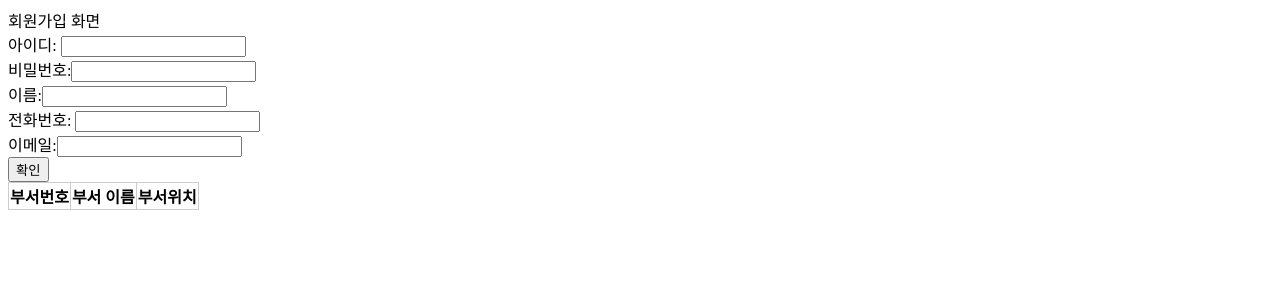
Repository: kdh2212/KDT_code
Page: http://localhost/20250801Web/memberSearch2.jsp
These files come from the project's save history. The page is drawn as it stood at one moment and after the next save; the edit follows.
The browser window is 1280 px wide. The pictures show the whole page.
The page is served by Tomcat 9. Other server files are loaded and not shown.

Above is the page before, as saved 2025-08-01 06:32:37.

### 20250801Web/src/main/webapp/memberSearch2.jsp
<%@ page language="java" contentType="text/html; charset=UTF-8"
    pageEncoding="UTF-8"%>
<%@ page import="java.sql.*, javax.sql.*" %>
<!DOCTYPE html>
<html>
<head>
<meta charset="UTF-8">
<title>Insert title here</title>
</head>
<body>
<form>
회원가입 화면<br/>
  아이디: <input type="text" name="member_id"/><br/>
비밀번호:<input type="text" name="member_pw" /><br/>
   이름:<input type="text" name="member_name" /><br/>
전화번호: <input type="text" name="member_number" /><br/>
  이메일:<input type="text" name="member_email" /><br/>
<input type="submit" value="확인"/>
</form>
<style type = "text/css">
table, th, td{
	border:1px solid #ccc;
	border-collapse:collapse;
}
th, td { padding:10px,20px;}
</style>
<%
String member_id = request.getParameter("member_id");
String member_pw = request.getParameter("member_pw");
String member_name = request.getParameter("member_name");
String member_number = request.getParameter("member_number");
String member_email = request.getParameter("member_email");
Connection conn = null;
Statement stmt = null;
ResultSet rs = null;
try {
    Class.forName("com.mysql.cj.jdbc.Driver");
    conn = DriverManager.getConnection("jdbc:mysql://localhost:3305/Member", "root", "1234");
    stmt = conn.createStatement();
    rs = stmt.executeQuery("insert into member_0801(member_id,member_pw,member_name,member_number,member_email) values('%s','%s','%s','%s','%s',)" + member_id +member_pw+member_name+member_number+member_email);

%>
<table>
<tr>
<th>부서번호</th><th>부서 이름</th><th>부서위치</th>
</tr>
<%
    while (rs.next()) {
%>
<tr>
<td><%=rs.getString("deptno") %></td>
<td><%=rs.getString("dname") %></td>
<td><%=rs.getString("loc") %></td>
</tr>
<%
    }
} catch (SQLException e) {
    out.println("데이터베이스 오류: " + e.getMessage());
} catch (ClassNotFoundException e) {
    out.println("드라이버를 찾을 수 없습니다: " + e.getMessage());
} finally {
    try {
        if (rs != null) rs.close();
        if (stmt != null) stmt.close();
        if (conn != null) conn.close();
    } catch (SQLException e) {
        out.println("리소스를 닫는 도중 오류 발생: " + e.getMessage());
    }
}

%>
</table>
</body>
</html>

After the next save:
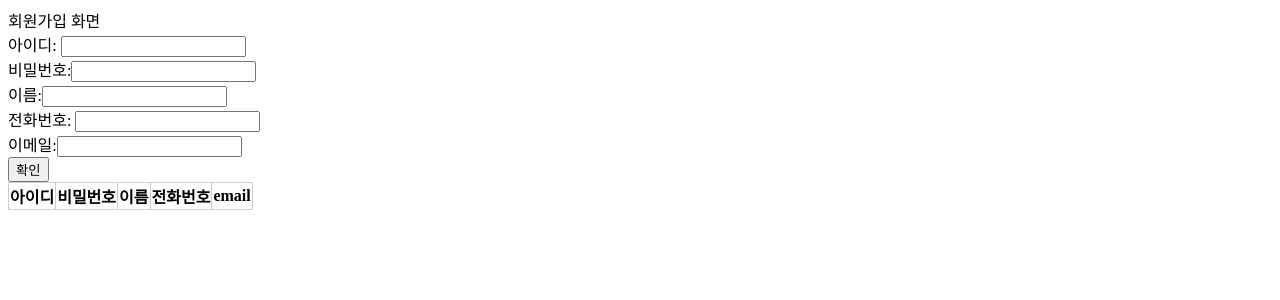
Saved 51 s later.
--- a/20250801Web/src/main/webapp/memberSearch2.jsp
+++ b/20250801Web/src/main/webapp/memberSearch2.jsp
@@ -42,7 +42,7 @@ try {
 %>
 <table>
 <tr>
-<th>부서번호</th><th>부서 이름</th><th>부서위치</th>
+<th>아이디</th><th>비밀번호</th><th>이름</th><th>전화번호</th><th>email</th>
 </tr>
 <%
     while (rs.next()) {
